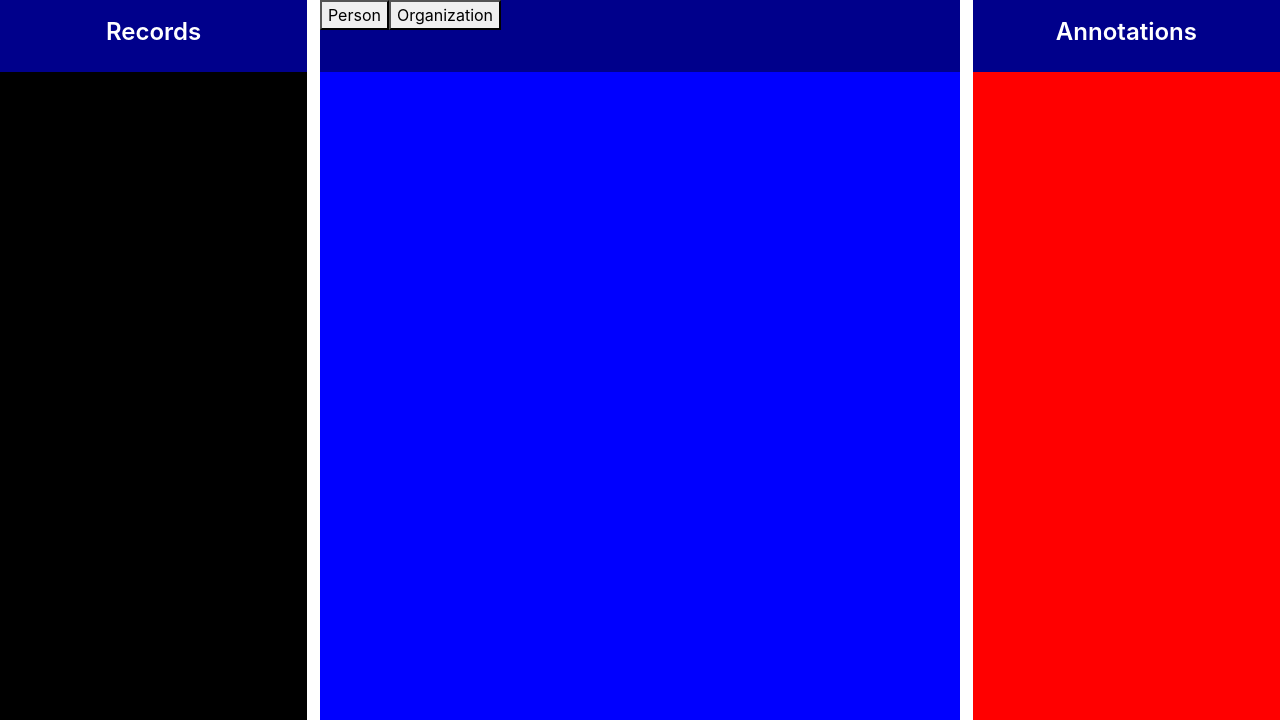
Repository: napan24/classforma_assignment
Page: / (app in client/)
The author's editor kept a copy of each file at every save. The page is drawn from the files as they stood at one save, then again after the next save.
The browser window is 1280 px wide. The pictures show the whole page.
The project was rebuilt for these pictures with package versions that can differ from the ones it lists, and the page was loaded fresh each time. Also part of the build but not shown: client/src/App.css.

Above is the page before, as saved 2022-07-19 16:58:46.

### client/public/index.html
<!DOCTYPE html>
<html lang="en">
  <head>
    <meta charset="utf-8" />
    <link rel="icon" href="%PUBLIC_URL%/favicon.ico" />
    <meta name="viewport" content="width=device-width, initial-scale=1" />
    <meta name="theme-color" content="#000000" />
    <meta
      name="description"
      content="Web site created using create-react-app"
    />
    <link href="https://cdn.jsdelivr.net/npm/bootstrap@5.1.3/dist/css/bootstrap.min.css" rel="stylesheet" integrity="sha384-1BmE4kWBq78iYhFldvKuhfTAU6auU8tT94WrHftjDbrCEXSU1oBoqyl2QvZ6jIW3" crossorigin="anonymous">
    <link rel="apple-touch-icon" href="%PUBLIC_URL%/logo192.png" />
    <!--
      manifest.json provides metadata used when your web app is installed on a
      user's mobile device or desktop. See https://developers.google.com/web/fundamentals/web-app-manifest/
    -->
    <link rel="manifest" href="%PUBLIC_URL%/manifest.json" />
    <!--
      Notice the use of %PUBLIC_URL% in the tags above.
      It will be replaced with the URL of the `public` folder during the build.
      Only files inside the `public` folder can be referenced from the HTML.

      Unlike "/favicon.ico" or "favicon.ico", "%PUBLIC_URL%/favicon.ico" will
      work correctly both with client-side routing and a non-root public URL.
      Learn how to configure a non-root public URL by running `npm run build`.
    -->
    <title>React App</title>
  </head>
  <body>
    <noscript>You need to enable JavaScript to run this app.</noscript>
    <div id="root"></div>
    <!--
      This HTML file is a template.
      If you open it directly in the browser, you will see an empty page.

      You can add webfonts, meta tags, or analytics to this file.
      The build step will place the bundled scripts into the <body> tag.

      To begin the development, run `npm start` or `yarn start`.
      To create a production bundle, use `npm run build` or `yarn build`.
    -->
    <script src="https://cdn.jsdelivr.net/npm/bootstrap@5.1.3/dist/js/bootstrap.bundle.min.js" integrity="sha384-ka7Sk0Gln4gmtz2MlQnikT1wXgYsOg+OMhuP+IlRH9sENBO0LRn5q+8nbTov4+1p" crossorigin="anonymous"></script>
  </body>
</html>

### client/src/App.js
import logo from './logo.svg';
import './App.css';
import Home from './Home';

function App() {
  return (
    <>
      <Home></Home>
    </>
  );
}

export default App;

### client/src/Home.js
import React from 'react'

const Home = () => {
    return (
        <>
            <div style={{ display: 'flex', width: "100vw", height: "100vh" }}>
                <div style={{ width: "24vw", height: "100vh", backgroundColor: "black", marginRight: "1vw" }}>
                    <div style={{ width: "24vw", height: "10vh", backgroundColor: "#00008b", textAlign: 'center', fontSize: '150%', color: "white", fontWeight: "600", position: "fixed" }}>
                        <p style={{ marginTop: "2vh" }}>
                            Records
                        </p>
                    </div>
                    <div>

                    </div>
                </div>
                <div style={{ width: "50vw", height: "100vh", backgroundColor: "blue", marginRight: "1vw" }}>
                    <div style={{ width: "50vw", height: "10vh", backgroundColor: "#00008b" }}>
                        <button className='select_person'>
                            Person
                        </button>
                        <button className='select_org'>
                            Organization
                        </button>
                    </div>
                    <div>

                    </div>
                </div>
                <div style={{ width: "24vw", height: "100vh", backgroundColor: "red" }}>
                    <div style={{ width: "24vw", height: "10vh", backgroundColor: "#00008b", textAlign: 'center', fontSize: '150%', color: "white", fontWeight: "600", position: "fixed" }}>
                        <p style={{ marginTop: "2vh" }}>
                        Annotations
                        </p>
                    </div>
                    <div>

                    </div>
                </div>
            </div>
        </>
    )
}

export default Home

Loaded but not shown: client/src/index.js (common file); client/src/index.css (common file); client/src/reportWebVitals.js (common file)

After the next save:
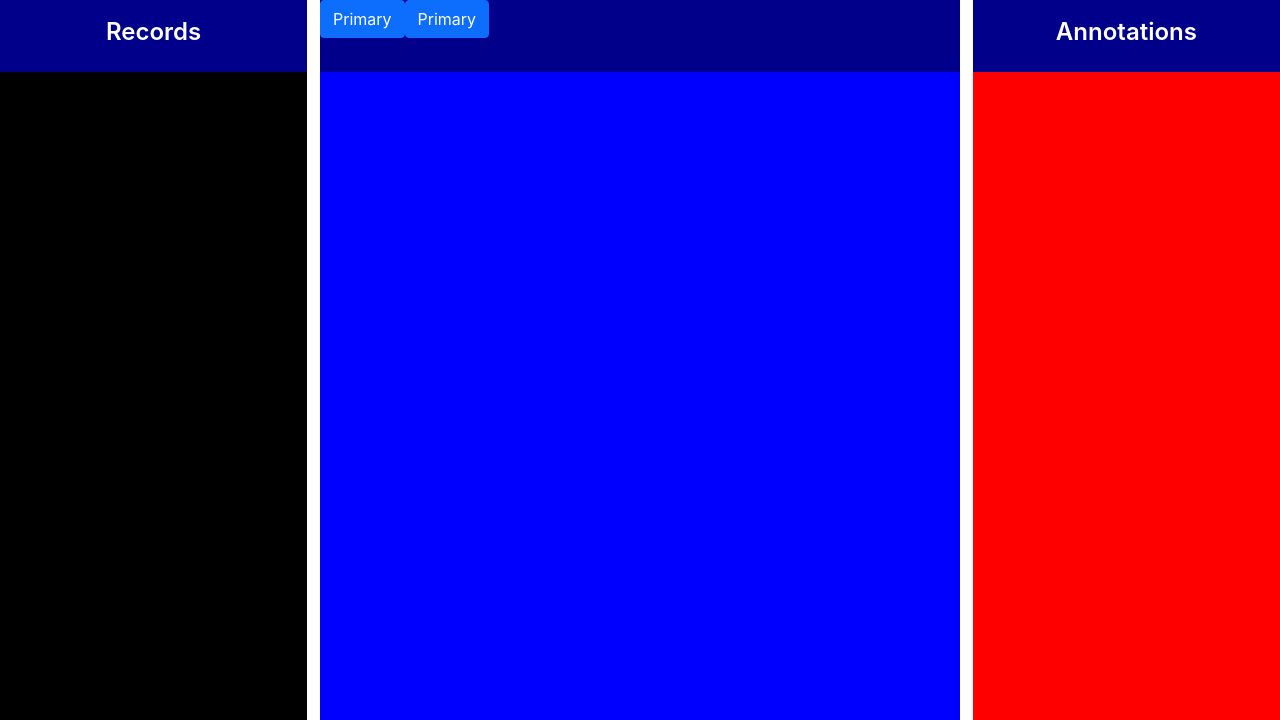
Saved 90 s later.
--- a/client/src/Home.js
+++ b/client/src/Home.js
@@ -16,12 +16,8 @@ const Home = () => {
                 </div>
                 <div style={{ width: "50vw", height: "100vh", backgroundColor: "blue", marginRight: "1vw" }}>
                     <div style={{ width: "50vw", height: "10vh", backgroundColor: "#00008b" }}>
-                        <button className='select_person'>
-                            Person
-                        </button>
-                        <button className='select_org'>
-                            Organization
-                        </button>
+                        <button type="button" class="btn btn-primary">Primary</button>
+                        <button type="button" class="btn btn-primary">Primary</button>
                     </div>
                     <div>
 
@@ -30,7 +26,7 @@ const Home = () => {
                 <div style={{ width: "24vw", height: "100vh", backgroundColor: "red" }}>
                     <div style={{ width: "24vw", height: "10vh", backgroundColor: "#00008b", textAlign: 'center', fontSize: '150%', color: "white", fontWeight: "600", position: "fixed" }}>
                         <p style={{ marginTop: "2vh" }}>
-                        Annotations
+                            Annotations
                         </p>
                     </div>
                     <div>
